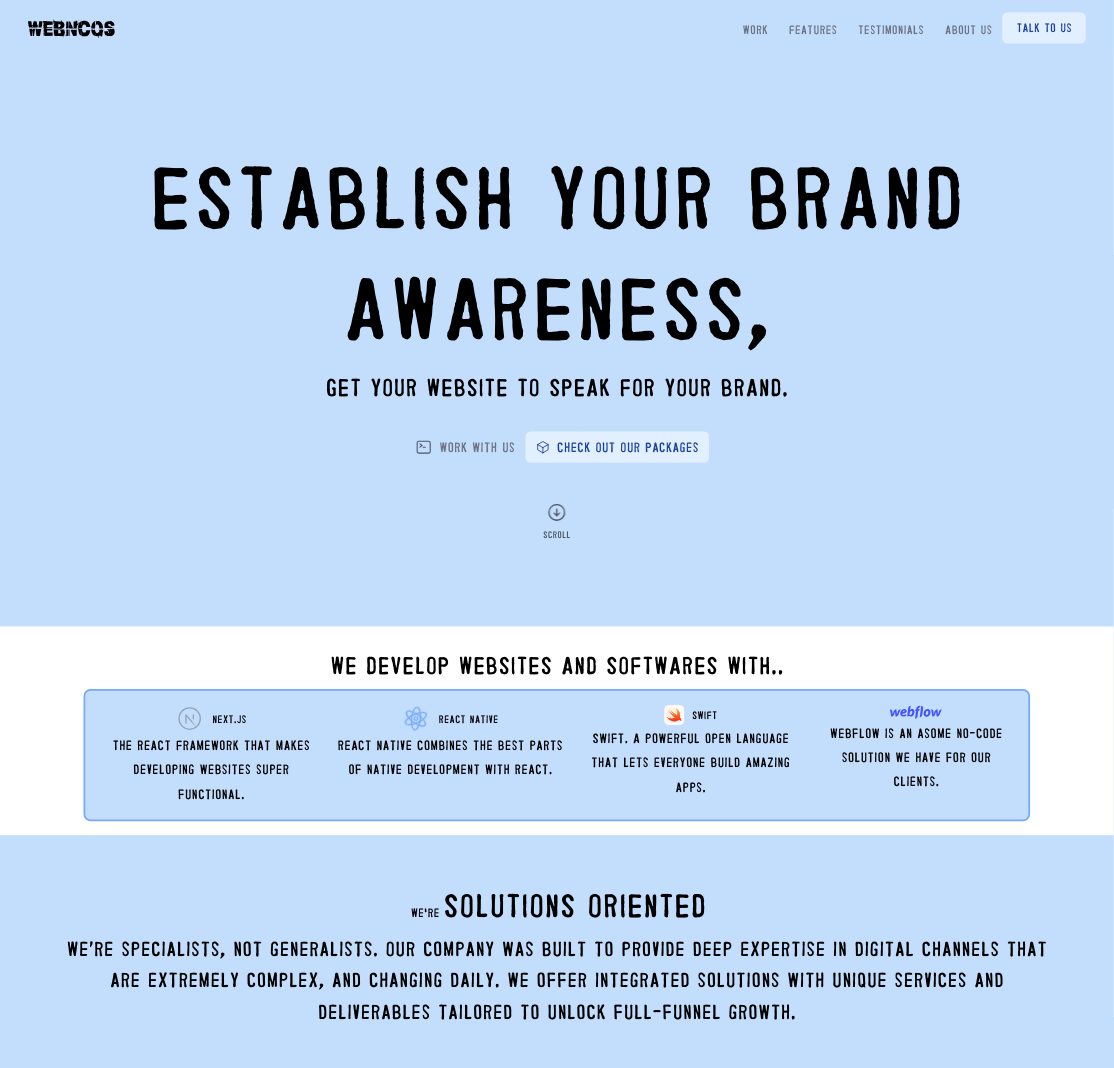
Repository: 1realjulius/webncos
Page: /
The author's editor kept a copy of each file at every save. The page is drawn from the files as they stood at one save, then again after the next save.
The browser window is 1280 px wide. The pictures show the whole page, at 87% of full size.
The project was rebuilt for these pictures with package versions that can differ from the ones it lists, and the page was loaded fresh each time. The framework's server and built-in components were replaced by stand-ins that run in the browser. Also part of the build but not shown: next.config.js.

Above is the page before, as saved 2022-09-02 13:09:41.

After the next save:
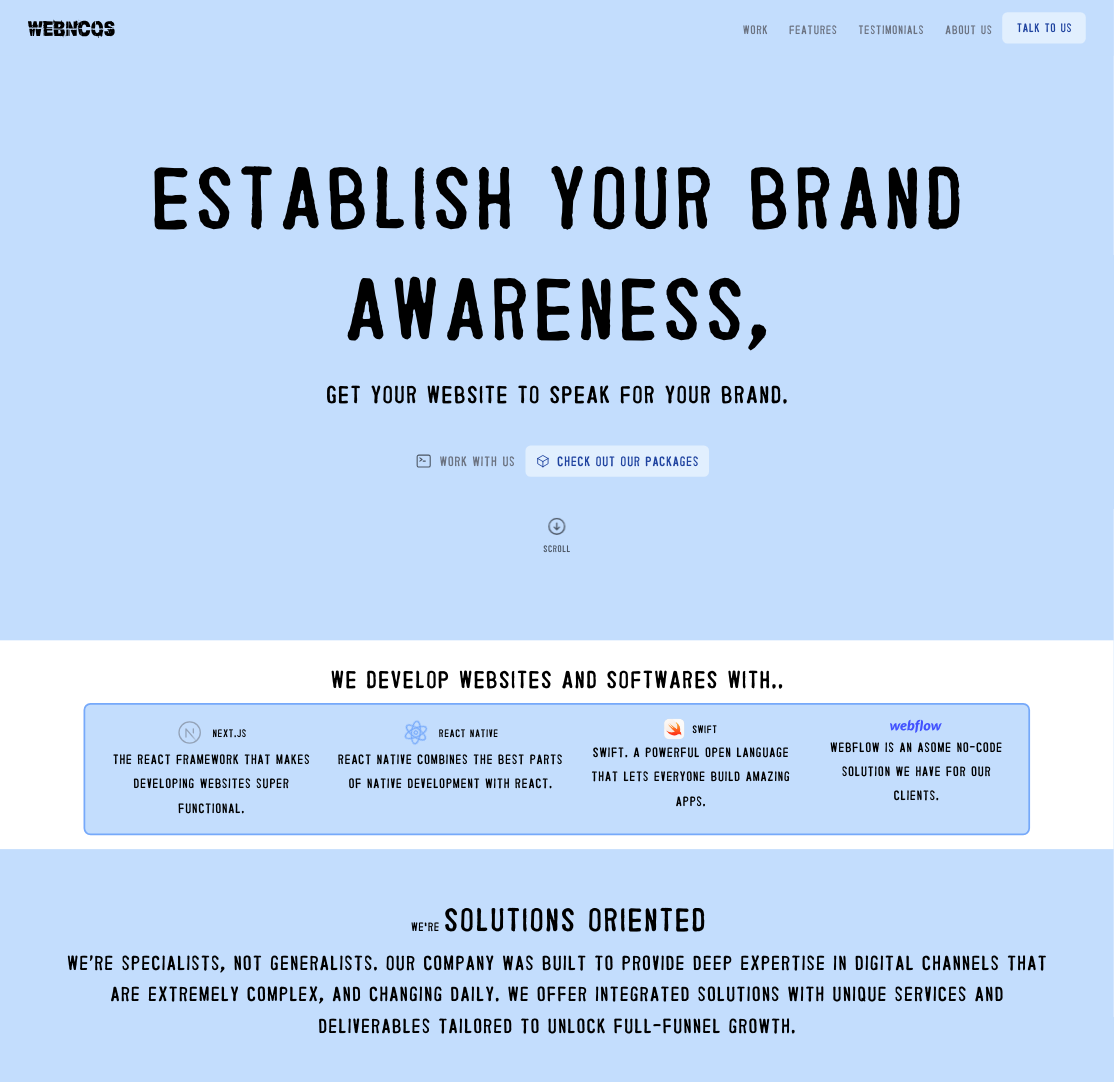
Saved 74 s later.
--- a/components/MainHome.tsx
+++ b/components/MainHome.tsx
@@ -16,7 +16,7 @@
             </h1>
           </div>
           <div className="">
-            <h2 className="text-2xl md:text-4xl font-parcel px-2">
+            <h2 className="text-2xl md:text-4xl font-parcel px-2 py-2">
               GET YOUR WEBSITE TO SPEAK FOR YOUR BRAND.
             </h2>
           </div>
